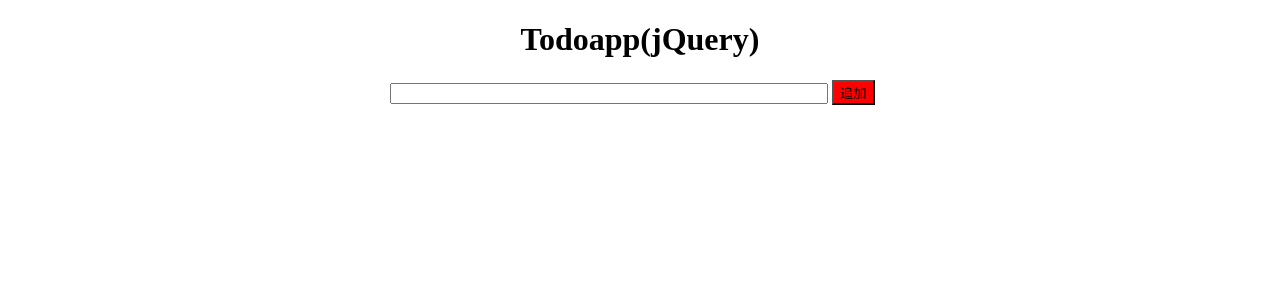
Repository: shinyahayashi1103/Todoapp-jQuery
Page: index.html
The author's editor kept a record of every edit. The page is drawn from the files as they stood at one moment, then again after the next edit.
The browser window is 1280 px wide. The pictures show the whole page.

Above is the page before.

### index.html
<!DOCTYPE html>
<html lang="en">
<head>
    <meta charset="UTF-8">
    <meta name="viewport" content="width=device-width, initial-scale=1.0">
    <meta http-equiv="X-UA-Compatible" content="ie=edge">
    <link rel="stylesheet" href="style.css" type="text/css" />
    <title>jQuery</title>
</head>
<body>

    <h1 id="title">Todoapp(jQuery)</h1>
    <div id="input-section">
        <input type="text" id="todo-input">
        <button id="add-buton"><span>追加</span></button>
    </div>

    <ul id="todo-container">

    </ul>


    <script
      src="https://code.jquery.com/jquery-3.6.0.min.js"
      integrity="sha256-/xUj+3OJU5yExlq6GSYGSHk7tPXikynS7ogEvDej/m4="
      crossorigin="anonymous">
    </script>

    <script type="text/javascript" src="main.js"></script>
    </body>
</htm

### style.css
#title{
    text-align: center
}

#input-section{
   width: 500px;
   margin: 0 auto;

}

#todo-input{
    width: 430px;
}


#todo-container{
    padding: 0;
    width: 50%;
    margin: 10px auto;
    list-style-type: none;
}

#add-buton{
    background-color: red;
}

.item{
    padding:10px;
    border:1px solid black;
    margin-bottom: 10px;
}

.item-button{
    float:right;
    color:red;
}

### main.js
$(() => {
  // Todoを保存する配列を用意する
  const todos = [];

  // DOM操作に必要な要素を取得する
  const $todoInput = $('#todo-input');
  const $todoContainer = $('#todo-container');
  const $addButton = $('#add-buton');

  // 追加ボタンをクリックしたときの処理を実装する
  $addButton.click(() => {
    const todo = $todoInput.val();
    if (todo) {
      todos.push(todo);
      $todoInput.val('');
      showTodos();
    }
  });

  // Todoを保存している配列を一覧表示する
  const showTodos = () => {
    $todoContainer.empty();

    todos.forEach((todo, index) => {
      const $item = $(`<li class="item">${todo}</li>`);
      const $deleteButton = $(`<button class="item-button">削除</button>`);

      $item.append($deleteButton);
      $todoContainer.append($item);

      $deleteButton.click(() => {
        deleteTodoByIndex(index);
      });
    });
  };

  // 指定したTodoを配列から取り除く
  const deleteTodoByIndex = (index) => {
    todos.splice(index, 1);
    showTodos();
  };
});

After the next edit:
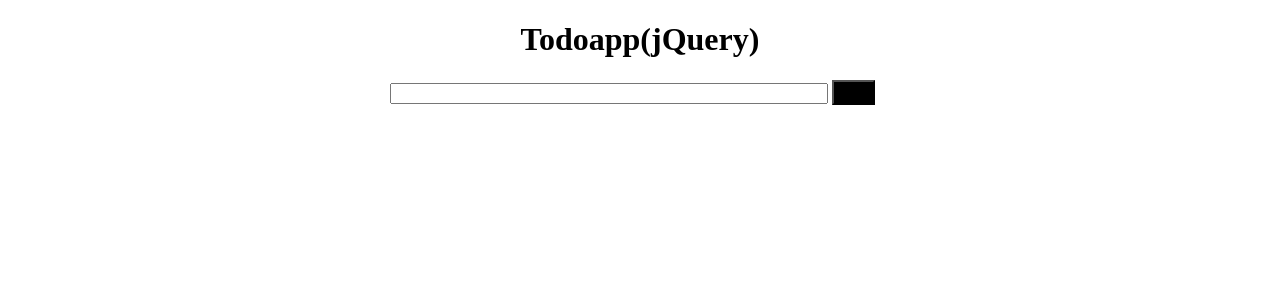
The edit:
--- a/style.css
+++ b/style.css
@@ -21,7 +21,7 @@
 }
 
 #add-buton{
-    background-color: red;
+    background-color: black;
 }
 
 .item{
